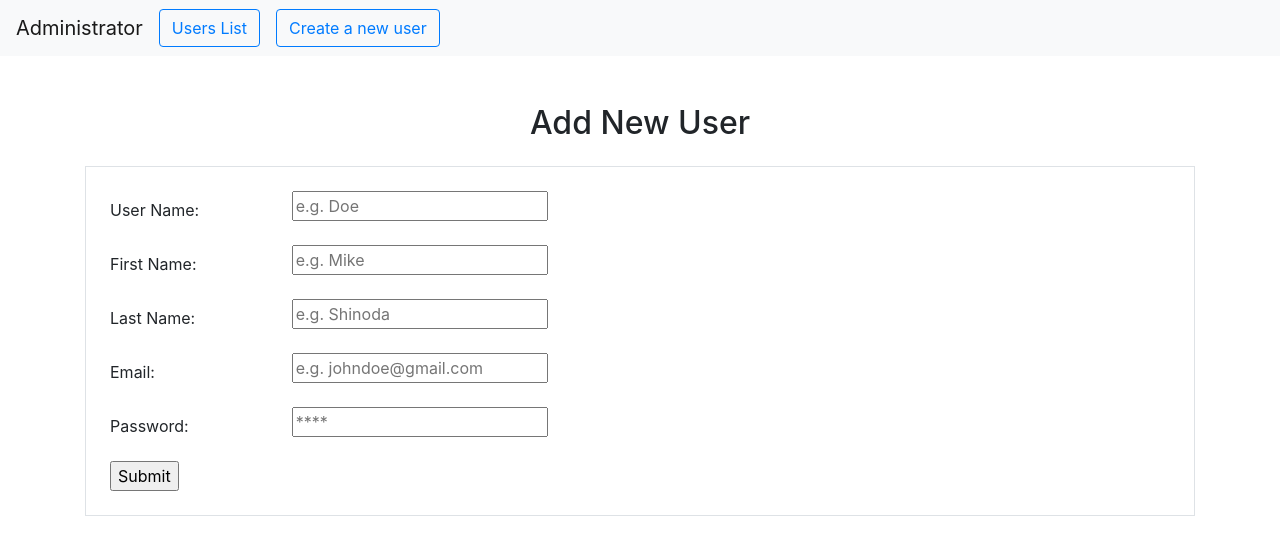
Repository: Dimitris-Kaler/Keycloak-Admin-Web-Interface
Page: http://localhost/rest-api/src/webapp/createUser.jsp
An editor plug-in stored every save of this project. The page is shown before and after the next save, followed by the edit.
The browser window is 1280 px wide. The pictures show the whole page.
The page is served by Tomcat 9. Other server files are loaded and not shown.

Above is the page before, as saved 2023-12-22 18:45:50.

### rest-api/src/webapp/createUser.jsp
<%@ page language="java" contentType="text/html; charset=ISO-8859-1"
    pageEncoding="ISO-8859-1"%>
<!DOCTYPE html>
<html>
<head>
<meta charset="ISO-8859-1">
<title>Insert title here</title>
<link rel="stylesheet" href="https://maxcdn.bootstrapcdn.com/bootstrap/4.0.0/css/bootstrap.min.css" integrity="sha384-Gn5384xqQ1aoWXA+058RXPxPg6fy4IWvTNh0E263XmFcJlSAwiGgFAW/dAiS6JXm" crossorigin="anonymous">
</head>
<body>
	   <nav class="navbar navbar-expand-lg navbar-light bg-light">
        <a class="navbar-brand" href="#">Administrator</a>
        <button class="navbar-toggler" type="button" data-toggle="collapse" data-target="#navbarNav"
            aria-controls="navbarNav" aria-expanded="false" aria-label="Toggle navigation">
            <span class="navbar-toggler-icon"></span>
        </button>
        <div class="collapse navbar-collapse" id="navbarNav">
            <ul class="navbar-nav">
                <li class="nav-item active">
                    <form class="form-inline my-2 my-lg-0" action="userRepository" method="GET">
                        <button class="btn btn-outline-primary my-2 my-sm-0" type="submit">Users List</button>
                    </form>
                </li>
                <li class="nav-item">
                    <form class="form-inline my-2 my-lg-0 mx-3" action="createUser" method="GET">
                        <button class="btn btn-outline-primary my-2 my-sm-0" type="submit">Create a new user</button>
                    </form>
                </li>
            </ul>
        </div>
    </nav>
    <div class="container mt-5">
<h2 class="text-center mb-4">Add New User</h2>
<form class="border p-4 form"action="addUser"method="POST" >
<div class="form-group row">
			<label for="Username" class="col-sm-2 col-form-label">User
				Name:</label>
			<div class="col-sm-10">
				<input type="text" name="Username" placeholder="e.g. Doe">
			</div>
		</div>
<div class="form-group row">
			<label for="firstName" class="col-sm-2 col-form-label">First
				Name:</label>
			<div class="col-sm-10">
				<input type="text" name="firstName" placeholder="e.g. Mike">
			</div>
		</div>
		<div class="form-group row">
			<label for="lastName" class="col-sm-2 col-form-label">Last
				Name:</label>
			<div class="col-sm-10">
				<input type="text" name="lastName" placeholder="e.g. Shinoda">
			</div>
		</div>
		<div class="form-group row">
			<label for="email" class="col-sm-2 col-form-label">Email:</label>
			<div class="col-sm-10">
				<input type="text" name="email" placeholder="e.g. johndoe@gmail.com">
			</div>
		</div>
		<div class="form-group row">
			<label for="password" class="col-sm-2 col-form-label">Password:</label>
			<div class="col-sm-10">
				<input type="text" name="password" placeholder="****">
			</div>
		</div>

<input type="submit"name="submit">


</form>
</div>
</body>
</html>

After the next save:
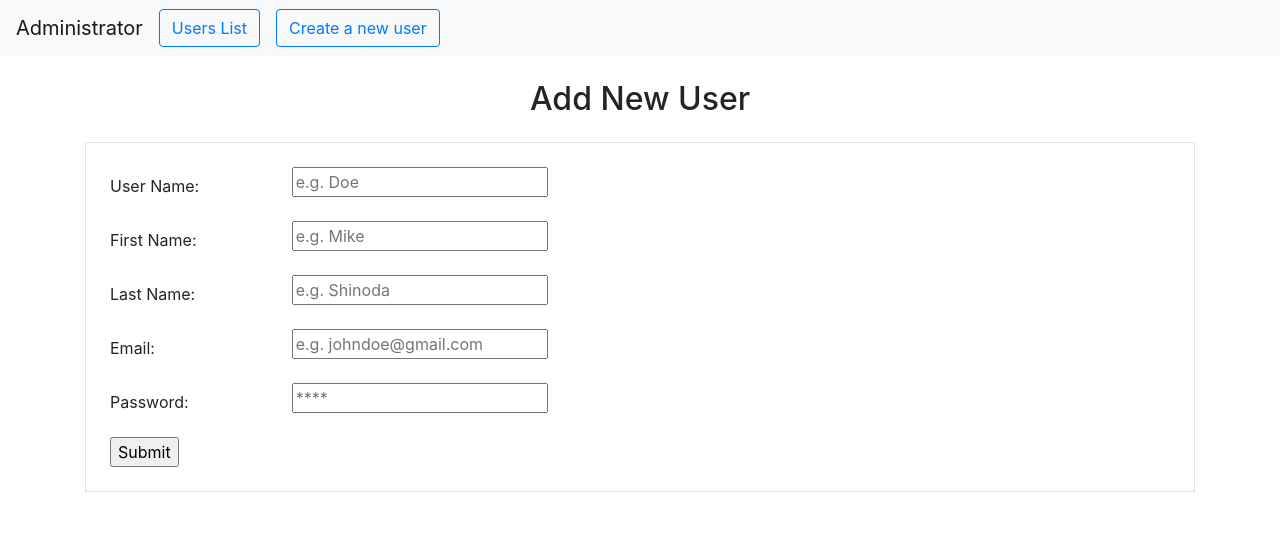
Saved 11 s later.
--- a/rest-api/src/webapp/createUser.jsp
+++ b/rest-api/src/webapp/createUser.jsp
@@ -29,7 +29,7 @@
             </ul>
         </div>
     </nav>
-    <div class="container mt-5">
+    <div class="container mt-4">
 <h2 class="text-center mb-4">Add New User</h2>
 <form class="border p-4 form"action="addUser"method="POST" >
 <div class="form-group row">

After the save that followed:
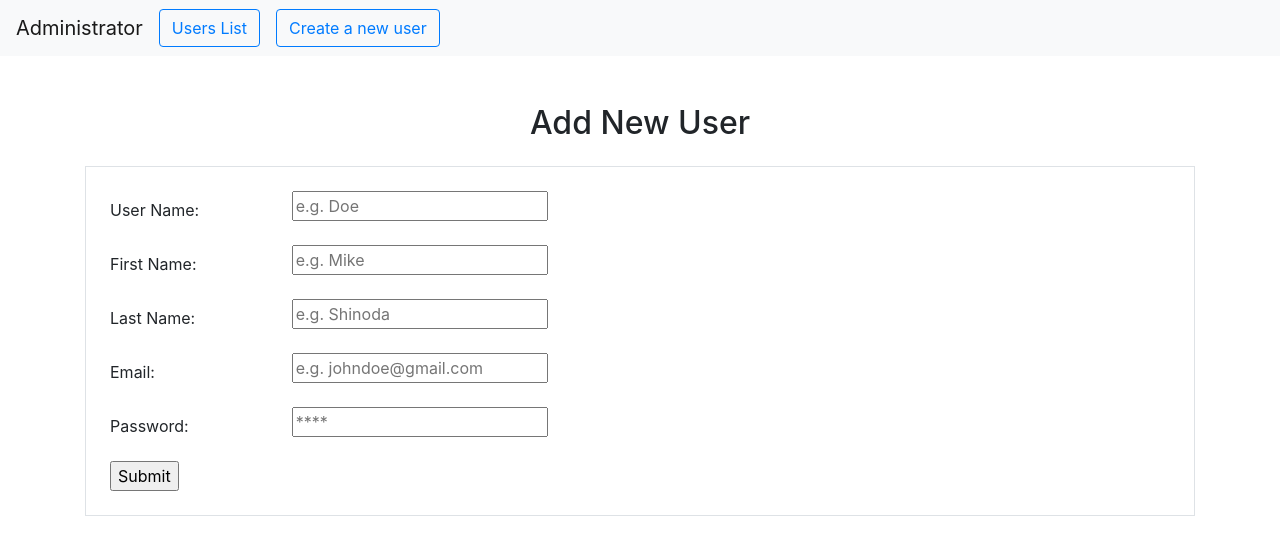
Saved 11 s later.
--- a/rest-api/src/webapp/createUser.jsp
+++ b/rest-api/src/webapp/createUser.jsp
@@ -29,7 +29,7 @@
             </ul>
         </div>
     </nav>
-    <div class="container mt-4">
+    <div class="container mt-5">
 <h2 class="text-center mb-4">Add New User</h2>
 <form class="border p-4 form"action="addUser"method="POST" >
 <div class="form-group row">
